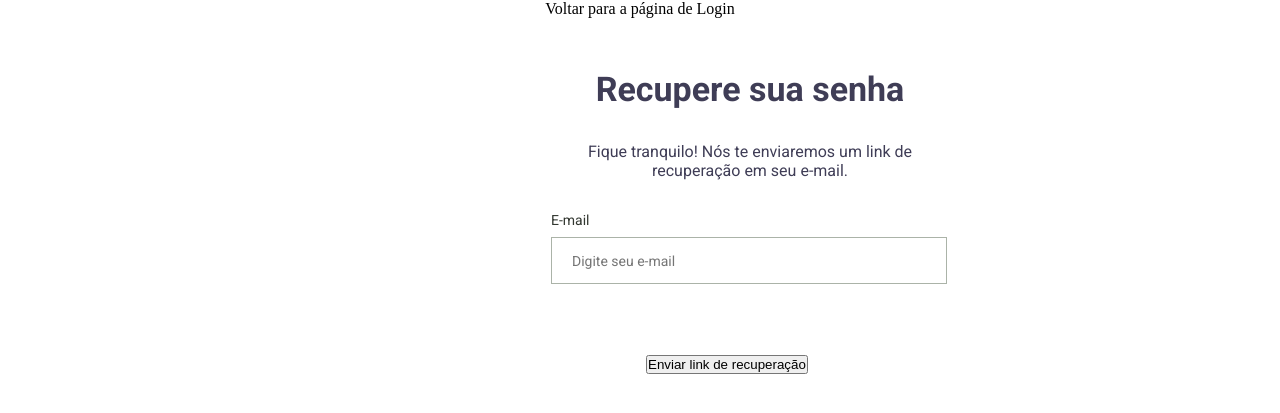
Repository: RenatoCCS/formularios
Page: senha.html
These files come from the project's save history. The page is drawn as it stood at one moment and after the next save; the edit follows.
The browser window is 1280 px wide. The pictures show the whole page.

Above is the page before, as saved 2023-03-27 21:51:02.

After the next save:
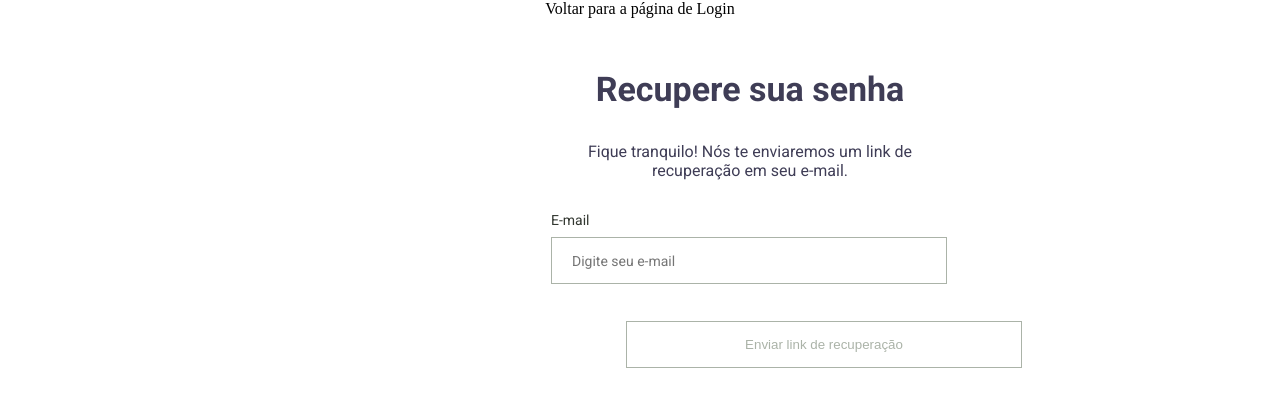
Saved 10 s later.
--- a/style.css
+++ b/style.css
@@ -861,7 +861,7 @@
   padding: 12px 268px 11px 20px;
 }
 
-.senha__Email__Campo {
+.senha__Botao__Campo {
   box-sizing: border-box;
   border: 1px solid;
   position: absolute;
